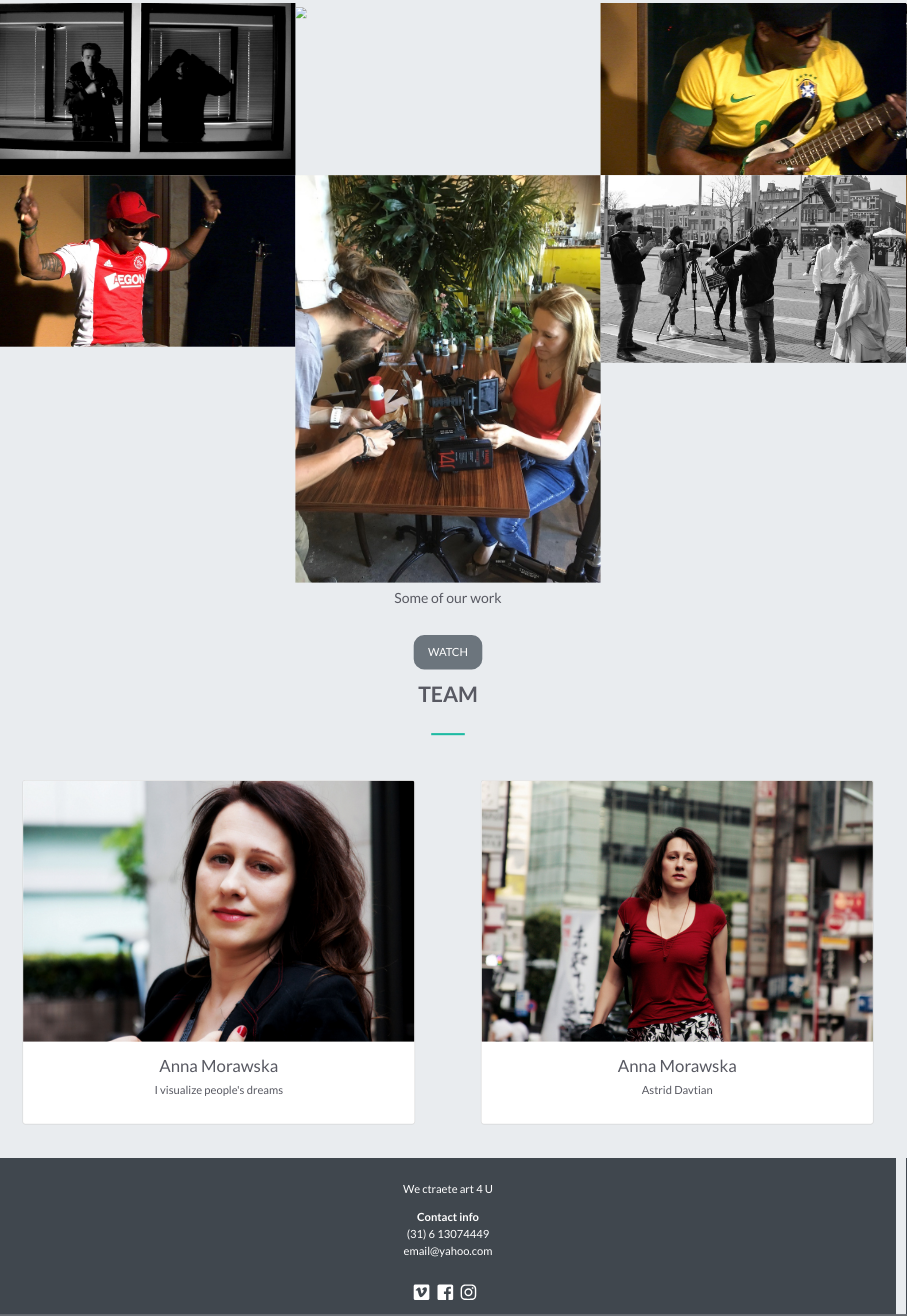
Repository: amorawskanew/My-first-website1
Page: index.html
The author's editor kept a record of every edit. The page is drawn from the files as they stood at one moment, then again after the next edit.
The browser window is 1280 px wide. The page is 1295 px wide, so the pictures cover 1295 px, including what lies to the right of the window. The pictures show the part of the page from y = 906 to 2786 px (the page is 2903 px tall before and 2649 px after), at 70% of full size.
Some web fonts or font styles are not loaded; a fallback is used. Some web libraries are served in a nearby version.

Above is the page before.
Not found: img/W.moodboard:one step.pdf

After the next edit:
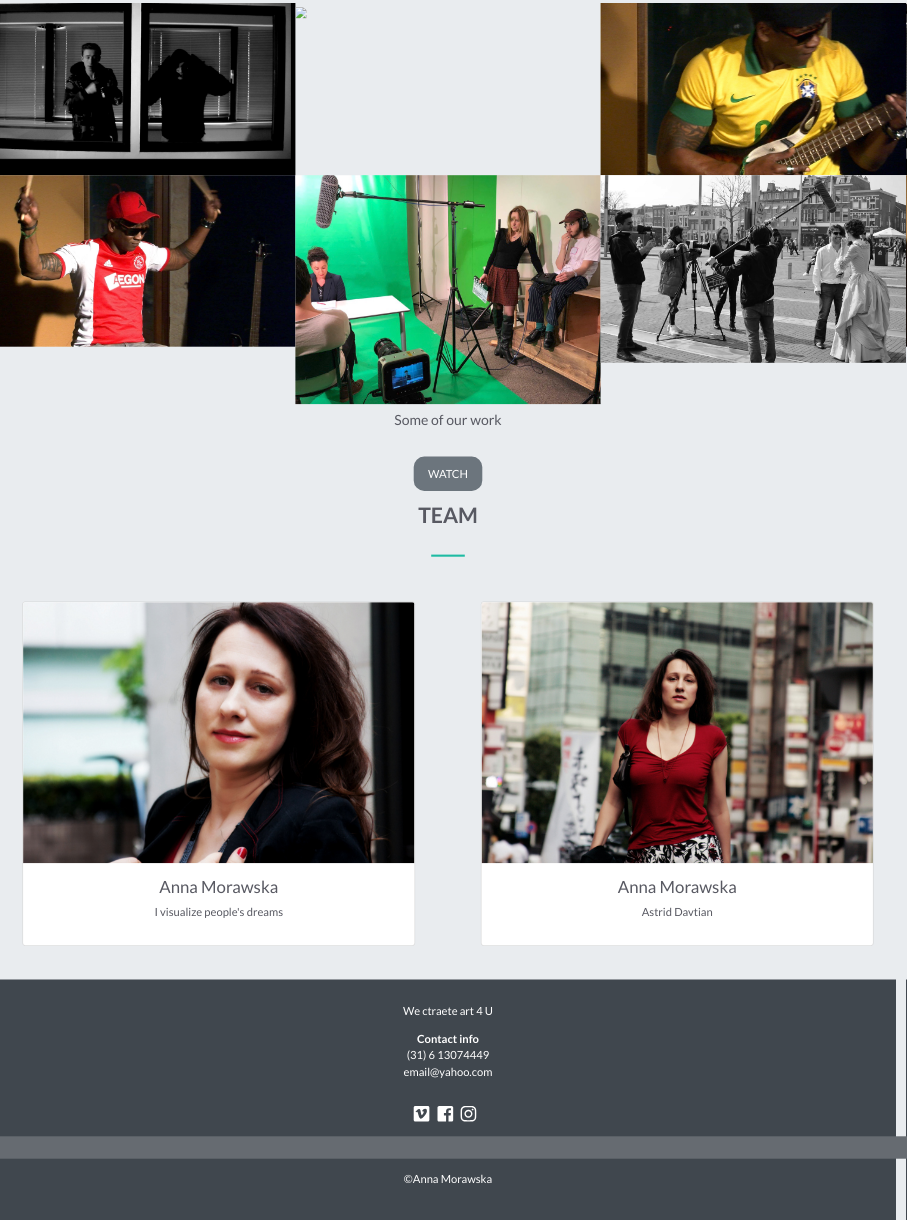
The edit:
--- a/index.html
+++ b/index.html
@@ -146,8 +146,8 @@
 
     <div class="col-sm-4">
       <div class="portfolio>">
-        <a href="img/IMG_4222.jpeg" target="_blank">
-          <img src="img/IMG_4222.jpeg">
+        <a href="img/W.greenscreen.jpg" target="_blank">
+          <img src="img/W.greenscreen.jpg">
           </a>
       </div>
     </div>
